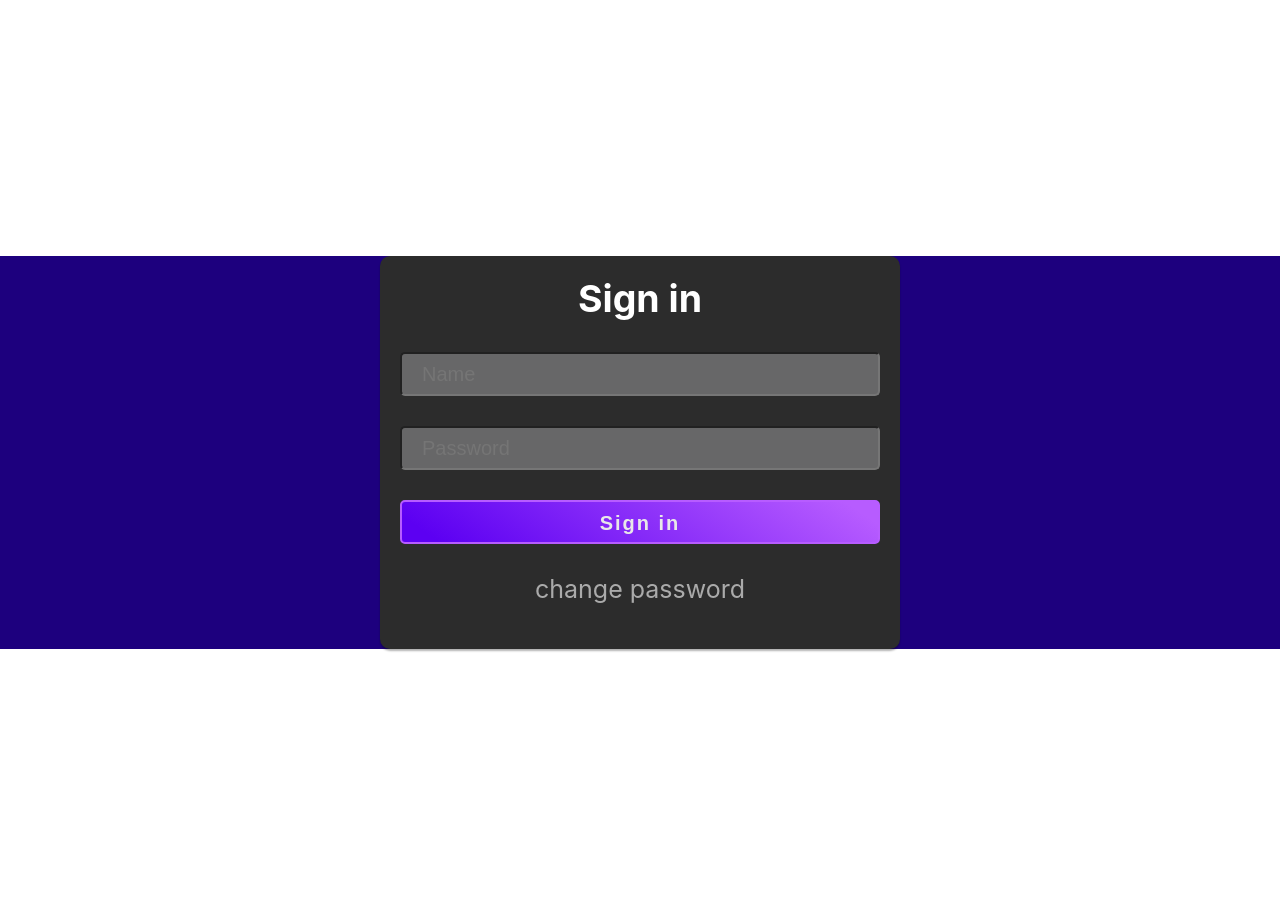
Repository: superHotBob/admin_nftillion
Page: /users
An editor plug-in stored every save of this project. The page is shown before and after the next save, followed by the edit.
The browser window is 1280 px wide. The pictures show the whole page.
The project was rebuilt for these pictures with package versions that can differ from the ones it lists, and the page was loaded fresh each time. Also part of the build but not shown: src/components/NavPanel/styles.scss, src/components/Collections/index.js, src/components/Categories/styles.scss, src/components/Categories/index.js, src/components/CreateCollection/styles.scss, src/components/CreateCollection/index.js, src/components/PremintedCollections/styles.scss, src/components/PremintedCollections/index.js and 2 more.

Above is the page before, as saved 2022-05-01 16:59:05.

After the next save:
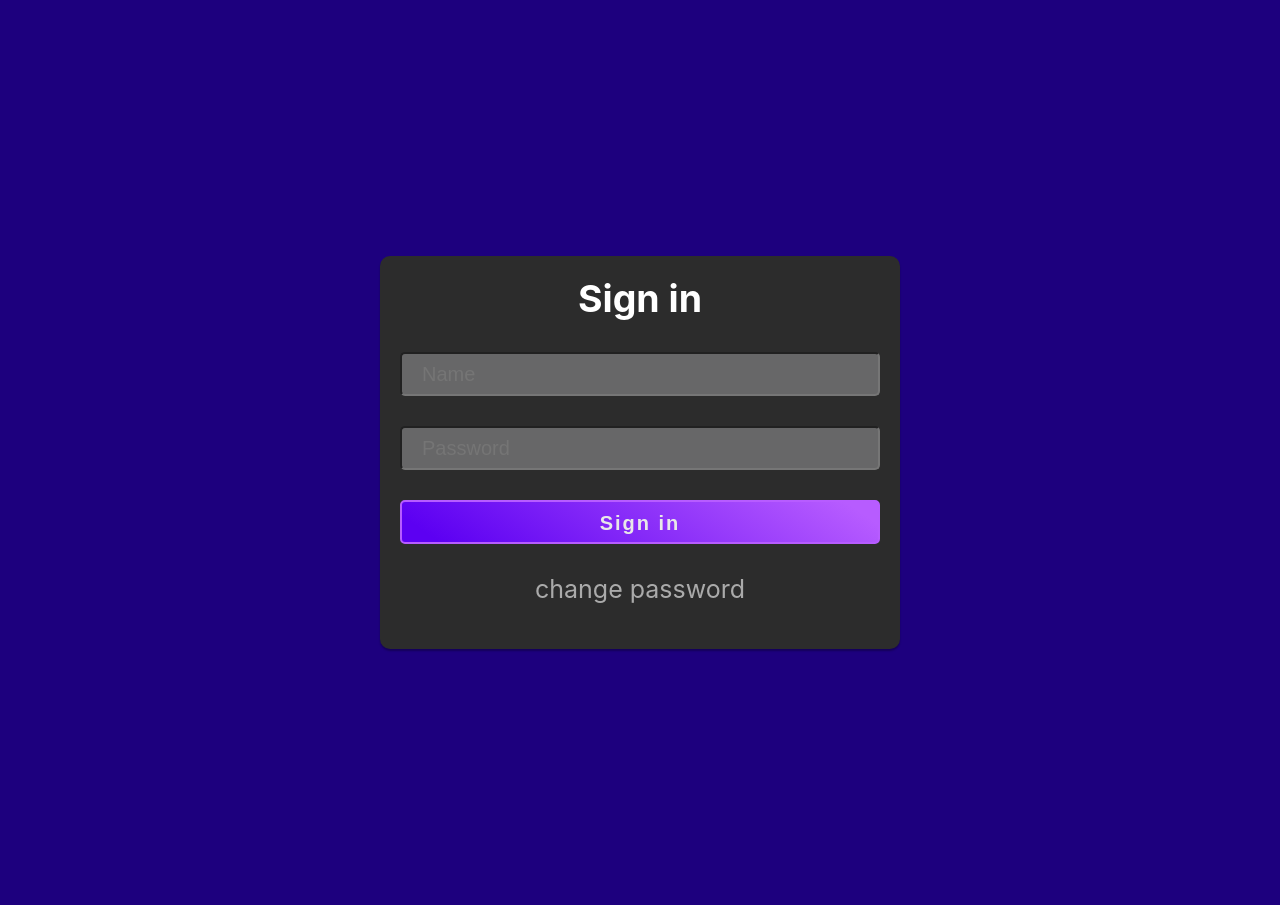
Saved 33 s later.
--- a/src/App.css
+++ b/src/App.css
@@ -3,7 +3,7 @@
   background: rgba(29, 0, 126);
 }
 body {
-  background-color: linear-gradient(0deg, rgba(29, 0, 126, 0.87), rgba(29, 0, 126, 0.87)), linear-gradient(180deg, #312293 0%, rgba(177, 70, 193, 0) 100%)
+  background: rgba(29, 0, 126);
 }
 @import url('https://fonts.googleapis.com/css2?family=Public+Sans:wght@400;500&family=Roboto:ital,wght@0,500;1,400&display=swap');
 .App-logo {
